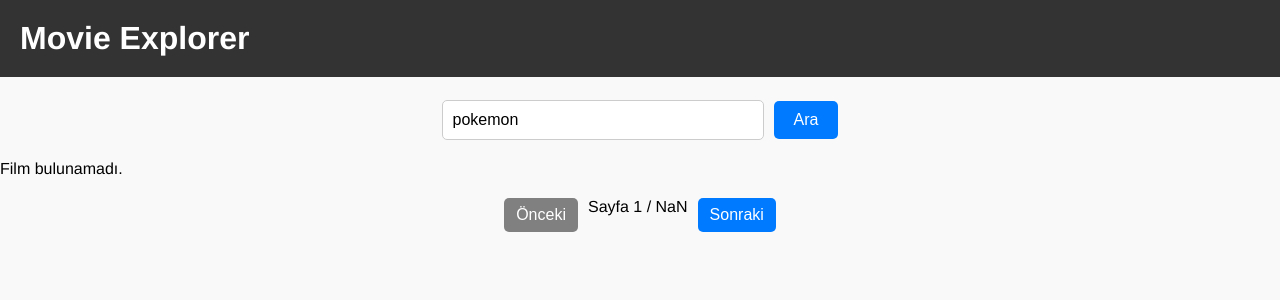
Repository: denizdizi/movie-explorer
Page: /
An editor plug-in stored every save of this project. The page is shown before and after the next save, followed by the edit.
The browser window is 1280 px wide. The pictures show the whole page.
The page's requests for data from a server got no answer. The project was rebuilt for these pictures with package versions that can differ from the ones it lists, and the page was loaded fresh each time. No one was signed in, and anything a server would have sent is missing. Also part of the build but not shown: src/App.css, src/components/MovieCard.js.

Above is the page before, as saved 2025-03-28 13:39:15.

After the next save:
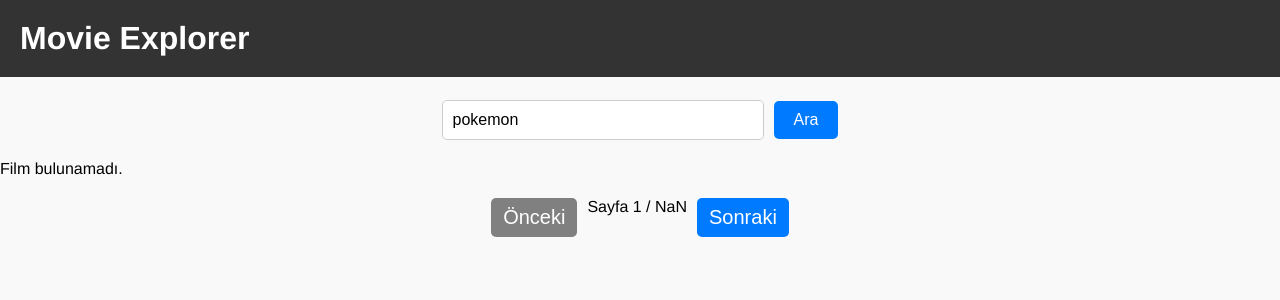
Saved 115 s later.
--- a/src/styles/global.scss
+++ b/src/styles/global.scss
@@ -158,7 +158,7 @@ body {
 
     button {
       padding: 8px 12px;
-      font-size: 16px;
+      font-size: 20px;
       cursor: pointer;
       border: none;
       background: #007bff;
